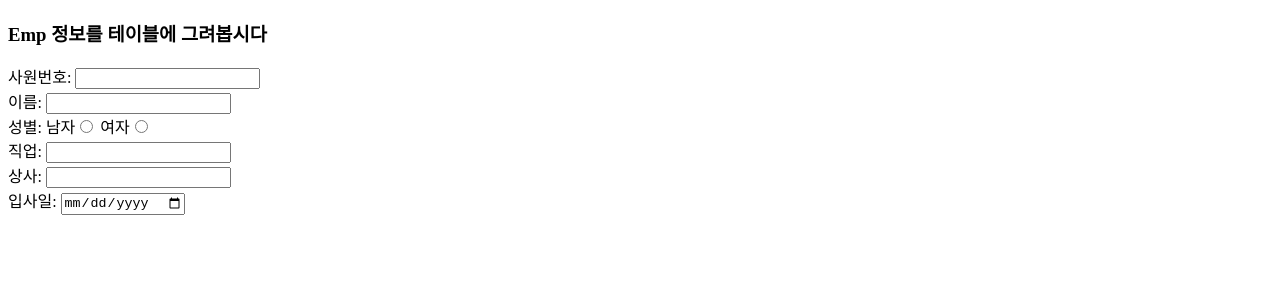
Repository: YeonHaw/jsp
Page: JSPBasic/src/main/webapp/HTML/Quiz01.html
These files come from the project's save history. The page is drawn as it stood at one moment and after the next save; the edit follows.
The browser window is 1280 px wide. The pictures show the whole page.

Above is the page before, as saved 2023-12-27 05:23:55.

### JSPBasic/src/main/webapp/HTML/Quiz01.html
<!DOCTYPE html>
<html>
<head>
<meta charset="UTF-8">
<title>Insert title here</title>
</head>
<body>

<h3>Emp 정보를 테이블에 그려봅시다</h3>

<form>
	사원번호: <input type="number" name="ID" size="15" maxlength="5"><br>
	이름: <input type="text" name="name"><br>
	성별:
	남자<input type="radio"name="bl">
	여자<input type="radio"name="bl"><br>
	직업: <input type="text" name="job"><br>
	상사: <input type="number" name="master" size="2" maxlength="4"><br>
	입사일: <input type="date" name="hire" size="30" placeholder="2012-01-01"><br>
</form>

</body>
</html>

After the next save:
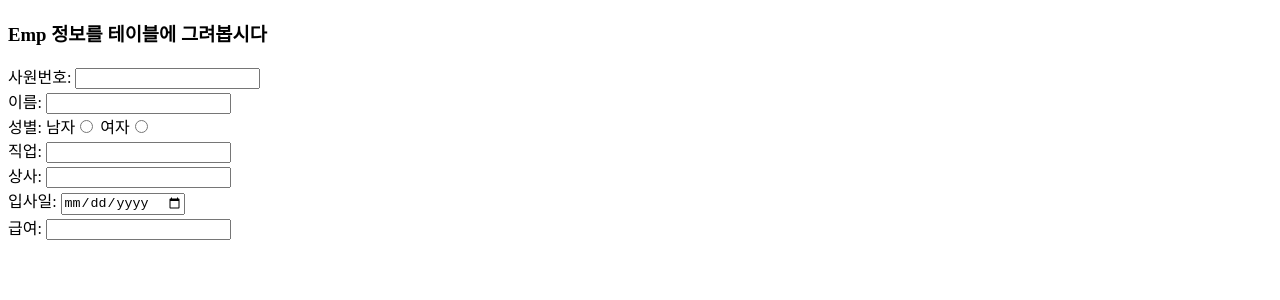
Saved 100 s later.
--- a/JSPBasic/src/main/webapp/HTML/Quiz01.html
+++ b/JSPBasic/src/main/webapp/HTML/Quiz01.html
@@ -17,6 +17,7 @@
 	직업: <input type="text" name="job"><br>
 	상사: <input type="number" name="master" size="2" maxlength="4"><br>
 	입사일: <input type="date" name="hire" size="30" placeholder="2012-01-01"><br>
+	급여: <input type="number" name="salary">
 </form>
 
 </body>
